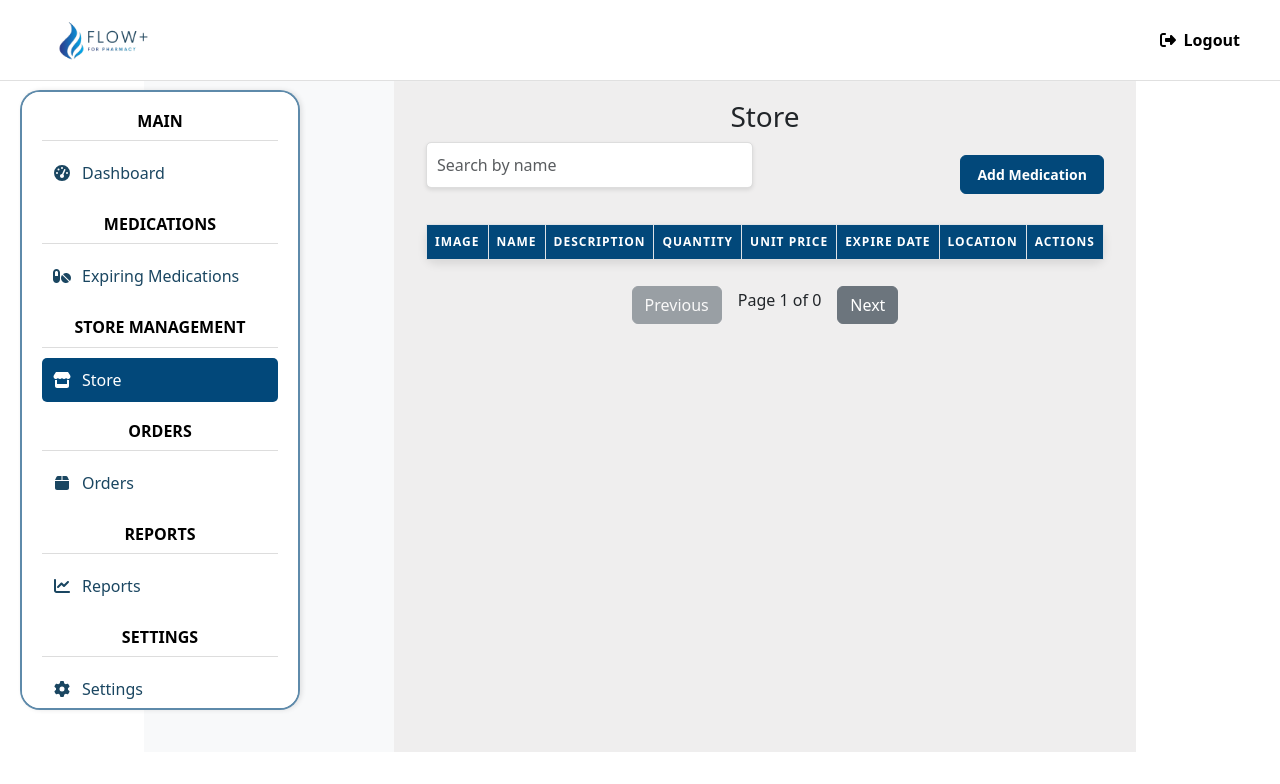
Repository: bindukabusara/Frontend
Page: /medications
The author's editor kept a copy of each file at every save. The page is drawn from the files as they stood at one save, then again after the next save.
The browser window is 1280 px wide. The pictures show the whole page.
The page's requests for data from a server got no answer. The project was rebuilt for these pictures with package versions that can differ from the ones it lists, and the page was loaded fresh each time. No one was signed in, and anything a server would have sent is missing. Also part of the build but not shown: vite.config.js, src/components/Home.jsx, src/components/authentification/Signup.css, src/components/authentification/Signup.jsx, src/components/authentification/Login.jsx, src/components/Content/Dashboard.jsx, src/components/Content/ExpiringMedications.jsx, src/components/Content/ReportP.jsx and 11 more.

Above is the page before, as saved 2025-03-24 23:21:07.

After the next save:
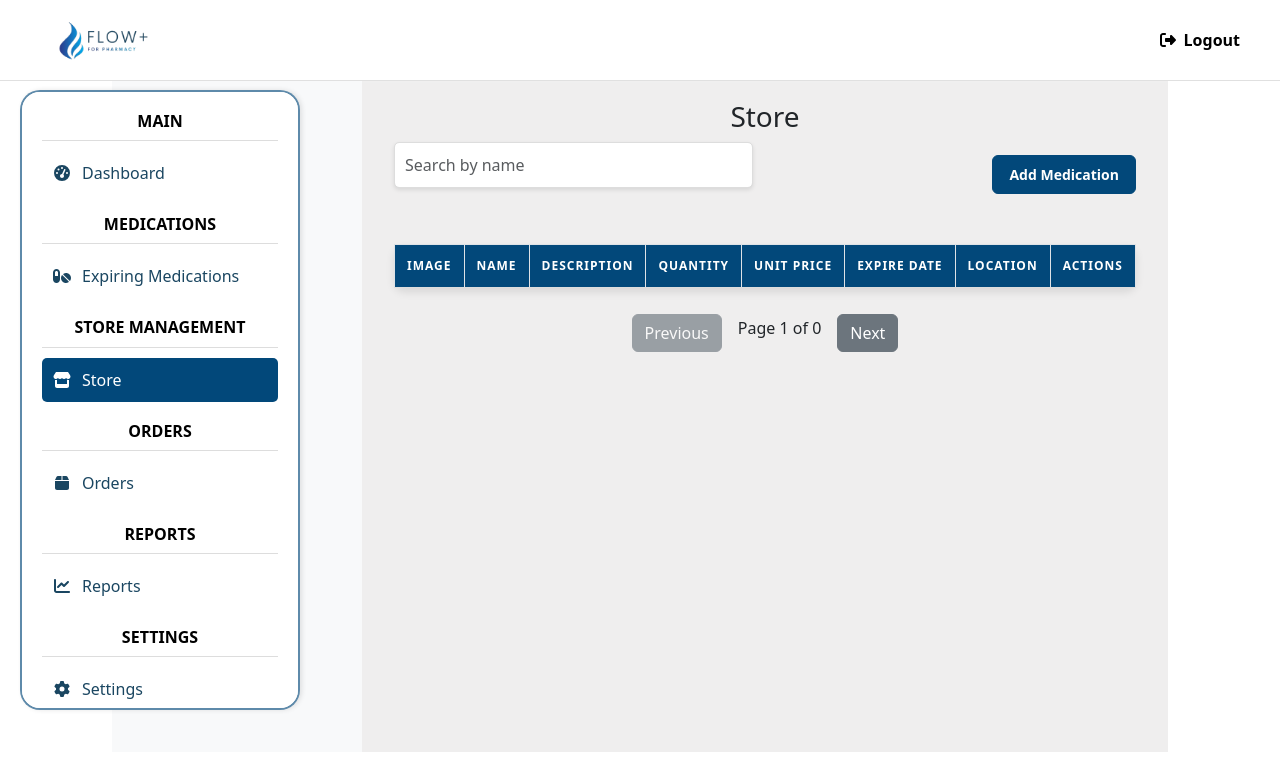
Saved 18 h 16 min later.
--- a/src/components/Content/order.css
+++ b/src/components/Content/order.css
@@ -37,3 +37,55 @@
   .btn-secondary {
     margin-top: 10px;
   }
+
+  .custom-table {
+    width: 100%;
+    border-collapse: collapse;
+    margin-top: 20px;
+    box-shadow: 0 4px 8px rgba(0, 0, 0, 0.1);
+    background-color: #fff;
+  }
+
+  .custom-table th,
+  .custom-table td {
+    padding: 12px;
+    text-align: left;
+    border-bottom: 1px solid #ddd;
+  }
+
+  .custom-table th {
+    background-color: #02487a;
+    color: #fff;
+    font-weight: bold;
+    text-transform: uppercase;
+    font-size: 12px;
+  }
+
+  .custom-table tbody tr:hover {
+    background-color: #f1f1f1;
+  }
+
+  .custom-table tbody tr:nth-child(even) {
+    background-color: #f9f9f9;
+  }
+
+  /* Medication Image Styling */
+  .medication-image {
+    width: 30px;
+    height: 30px;
+    border-radius: 5px;
+    object-fit: cover;
+  }
+
+  /* Button Styling */
+  .btn-primary {
+    background-color:#02487a;
+    border-color: #02487a;
+    font-size: 14px;
+    padding: 8px 16px;
+  }
+
+  .btn-primary:hover {
+    background-color: #02487a;;
+    border-color:#02487a;;
+  }
